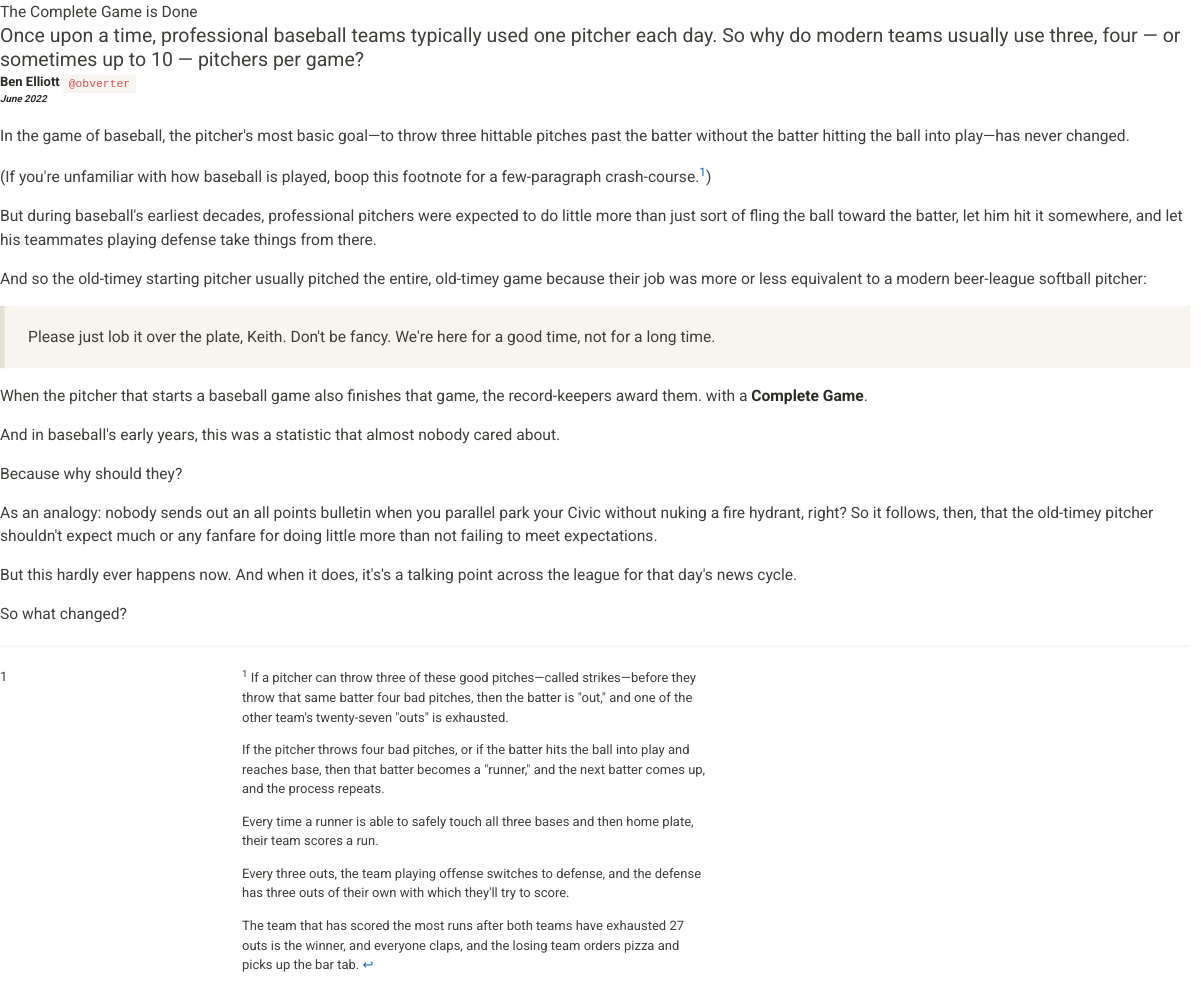
Repository: obverter/complete-games-are-done
Page: index.html
These files come from the project's save history. The page is drawn as it stood at one moment and after the next save; the edit follows.
The browser window is 1280 px wide. The page is 1291 px wide, so the pictures cover 1291 px, including what lies to the right of the window. The pictures show the whole page, at 93% of full size.

Above is the page before, as saved 2022-06-25 08:02:55.

### index.html
<!DOCTYPE html>
<html>
    <head>
        <meta charset="utf-8" />
        <meta name="viewport" content="width=device-width, initial-scale=1" />
        <title>Complete Games Are Done</title>
        <!-- todo: Title above is the text in the browser tab. -->
        <link rel="stylesheet" href="docs/bulmaswap.min.css" />
    </head>

    <body>
        <div class="content"
        <h1 class="title is-2">The Complete Game is Done</h1>
        <!-- todo: Title above is the Content title. -->
        <p class="subtitle is-4">
            Once upon a time, professional baseball teams typically used one
            pitcher each day. So why do modern teams usually use three, four —
            or sometimes up to 10 — pitchers per game?
            <!-- todo: Subtitle above is the Content subtitle. -->
        </p>

        <h6 class="title is-6">Ben Elliott <code>@obverter</code></h6>
        <h6 class="subtitle is-7"><em>June 2022</em></h6>
        <div class="content">
            <p>
                In the game of baseball, the pitcher's most basic goal—to throw
                three hittable pitches past the batter without the batter
                hitting the ball into play—has never changed.
            </p>
            <p>
                (If you're unfamiliar with how baseball is played, boop this
                footnote for a few-paragraph crash-course.<sup
                    ><a href="#fn1" id="ref1">1</a></sup
                >)
            </p>
            <p>
                But during baseball's earliest decades, professional pitchers
                were expected to do little more than just sort of fling the ball
                toward the batter, let him hit it somewhere, and let his
                teammates playing defense take things from there.
            </p>
            <p>
                And so the old-timey starting pitcher usually pitched the
                entire, old-timey game because their job was more or less
                equivalent to a modern beer-league softball pitcher:
            </p>
            <blockquote>
                Please just lob it over the plate, Keith. Don't be fancy. We're
                here for a good time, not for a long time.
            </blockquote>
            <p>
                When the pitcher that starts a baseball game also finishes that
                game, the record-keepers award them. with a
                <strong>Complete Game</strong>.
            </p>
            <p>
                And in baseball's early years, this was a statistic that almost
                nobody cared about.
            </p>
            <p>Because why should they?</p>
            <p>
                As an analogy: nobody sends out an all points bulletin when you
                parallel park your Civic without nuking a fire hydrant, right?
                So it follows, then, that the old-timey pitcher shouldn't expect
                much or any fanfare for doing little more than not failing to
                meet expectations.
            </p>
            <p>
                But this hardly ever happens now. And when it does, it's's a
                talking point across the league for that day's news cycle.
            </p>
            <p>So what changed?</p>
            <hr />
            <!-- todo: FOOTNOTES -->

            <div class="columns is-size-6 is-justify-content-right">
                <div class="column is-one-fifth">1</div>
                <!-- todo: ↘ FOOTNOTES GO HERE ↙ -->
                <div class="column is-two-fifths">
                    <p>
                        <sup>1</sup> If a pitcher can throw three of these good
                        pitches—called strikes—before they throw that same
                        batter four bad pitches, then the batter is "out," and
                        one of the other team's twenty-seven "outs" is
                        exhausted.
                    </p>
                    <p>
                        If the pitcher throws four bad pitches, or if the batter
                        hits the ball into play and reaches base, then that
                        batter becomes a "runner," and the next batter comes up,
                        and the process repeats.
                    </p>
                    <p>
                        Every time a runner is able to safely touch all three
                        bases and then home plate, their team scores a run.
                    </p>
                    <p>
                        Every three outs, the team playing offense switches to
                        defense, and the defense has three outs of their own
                        with which they'll try to score.
                    </p>
                    <p>
                        The team that has scored the most runs after both teams
                        have exhausted 27 outs is the winner, and everyone
                        claps, and the losing team orders pizza and picks up the
                        bar tab.
                        <a
                            href="#ref1"
                            title="Jump back to footnote 1 in the text."
                            >↩</a
                        >
                    </p>
                </div>
            </div>

            <!-- <div class="column">3</div>
            <div class="column">4</div>
            <div class="column">5</div> -->
        </div>
    </body>
</html>

Loaded but not shown: docs/bulmaswap.min.css (library)

After the next save:
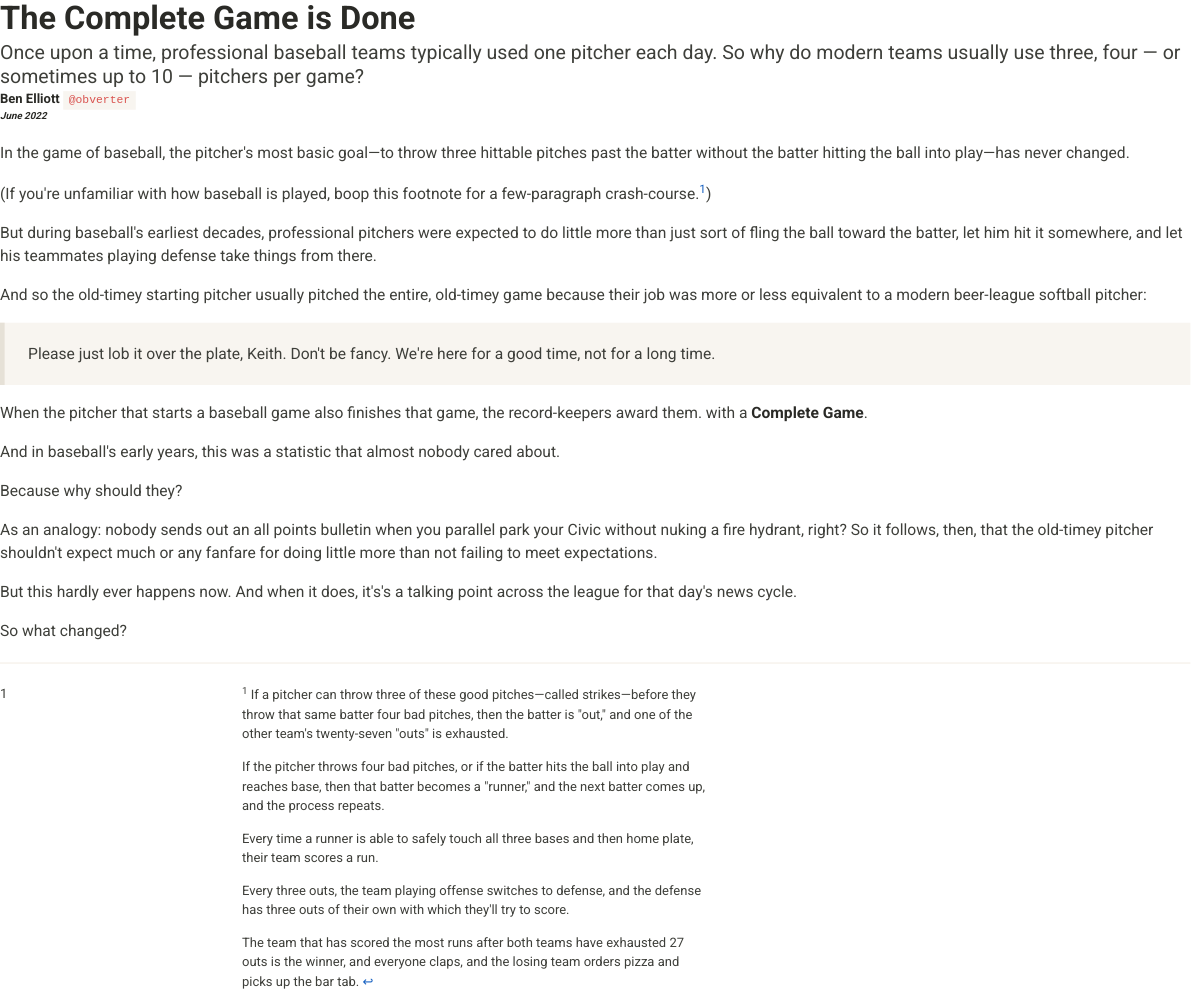
Saved 24 s later.
--- a/index.html
+++ b/index.html
@@ -9,12 +9,13 @@
     </head>
 
     <body>
-        <div class="content"
-        <h1 class="title is-2">The Complete Game is Done</h1>
-        <!-- todo: Title above is the Content title. -->
-        <p class="subtitle is-4">
-            Once upon a time, professional baseball teams typically used one
-            pitcher each day. So why do modern teams usually use three, four —
+        <div class="content">
+
+            <h1 class="title is-2">The Complete Game is Done</h1>
+            <!-- todo: Title above is the Content title. -->
+            <p class="subtitle is-4">
+                Once upon a time, professional baseball teams typically used one
+                pitcher each day. So why do modern teams usually use three, four —
             or sometimes up to 10 — pitchers per game?
             <!-- todo: Subtitle above is the Content subtitle. -->
         </p>
@@ -30,7 +31,7 @@
             <p>
                 (If you're unfamiliar with how baseball is played, boop this
                 footnote for a few-paragraph crash-course.<sup
-                    ><a href="#fn1" id="ref1">1</a></sup
+                ><a href="#fn1" id="ref1">1</a></sup
                 >)
             </p>
             <p>
@@ -105,17 +106,18 @@
                         claps, and the losing team orders pizza and picks up the
                         bar tab.
                         <a
-                            href="#ref1"
+                        href="#ref1"
                             title="Jump back to footnote 1 in the text."
                             >↩</a
-                        >
+                            >
                     </p>
                 </div>
             </div>
 
             <!-- <div class="column">3</div>
-            <div class="column">4</div>
+                <div class="column">4</div>
             <div class="column">5</div> -->
+        </div>
         </div>
     </body>
 </html>
